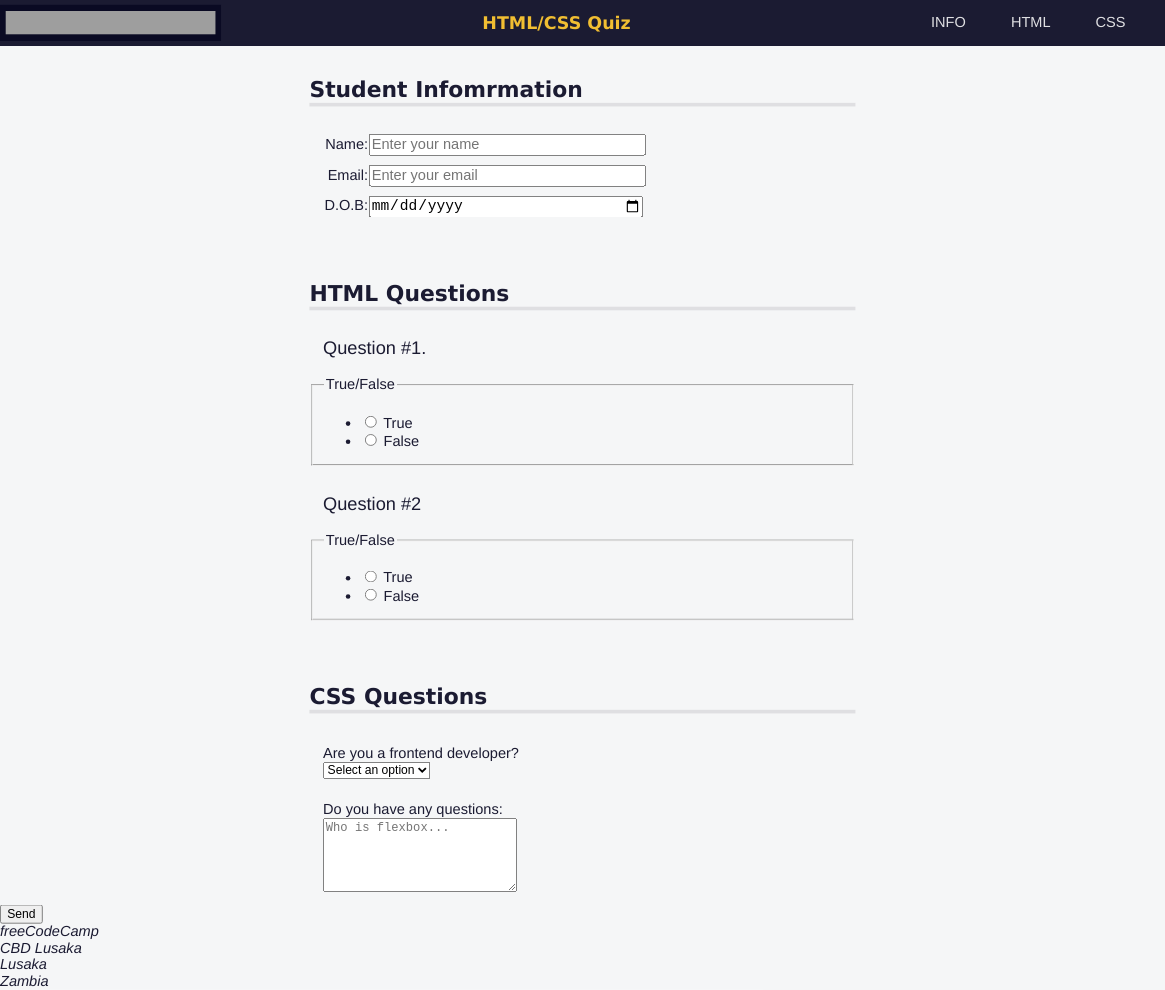
Repository: Lungdjos/accessibility_build_quiz
Page: index.html
The author's editor kept a copy of each file at every save. The page is drawn from the files as they stood at one save, then again after the next save.
The browser window is 1280 px wide. The pictures show the whole page, at 91% of full size.
Pictures or frames that could not be fetched are drawn as grey boxes.

Above is the page before, as saved 2023-10-30 09:37:51.

### index.html
<!DOCTYPE html>
<html lang="en">

<head>
    <meta charset="UTF-8">
    <meta name="viewport" content="width=device-width, initial-scale=1.0">
    <meta name="description" content="Accessibility">
    <title>HTML/CSS Test Quiz</title>
    <link rel="stylesheet" href="styles.css">
</head>

<body>
    <header>
        <img src="https://cdn.freecodecamp.org/platform/universal/fcc_primary.svg" alt="" id="logo">
        <h1>HTML/CSS Quiz</h1>
        <nav>
            <ul>
                <li>
                    <a href="#student-info">info</a></li>
                <li>
                    <a href="#html-questions">html</a></li>
                <li>
                    <a href="#css-questions">css</a></li>
            </ul>
        </nav>
    </header>
    <main>
        <form action="https://freecodecamp.org/practice-project/accessibility-quiz" method="post">
            <section role="region" aria-labelledby="student-info">
                <h2 id="student-info">Student Infomrmation</h2>
                <div class="info">
                    <label for="student-name">
                        Name:
                    </label><input type="text" name="name" id="student-name" placeholder="Enter your name">
                </div>
                <div class="info">
                    <label for="student-email">
                        Email:
                    </label><input type="email" name="email" id="student-email" placeholder="Enter your email">
                </div>
                <div class="info">
                    <label for="birth-date">
                        D.O.B:<span class="sr-only">(Date of Birth)</span>
                    </label><input type="date" name="dob" id="birth-date">
                </div>
            </section>

            <section role="region" aria-labelledby="html-questions">
                <h2 id="html-questions">HTML Questions</h2>
                <div class="question-block">
                    <p>1.</p>
                    <fieldset name="first-question" class="question">
                        <legend>True/False</legend>
                        <ul class="answers-list">
                            <li>
                                <label for="q1-a1">
                                    <input type="radio" value="true" name="q1-answ" id="q1-a1"> True
                                </label>
                            </li>
                            <li>
                                <label for="q1-a2">
                                    <input type="radio" value="false" name="q1-answ" id="q1-a2"> False
                                </label>
                            </li>
                        </ul>
                    </fieldset>
                </div>
                <div class="question-block">
                    <p>2</p>
                    <fieldset name="second-question" class="question">
                        <legend>True/False</legend>
                        <ul class="answers-list">
                            <li>
                                <label for="q2-a1">
                                    <input type="radio" value="true" name="q2-answ" id="q2-a1"> True
                                </label>
                            </li>
                            <li>
                                <label for="q2-a2">
                                    <input type="radio" value="false" name="q2-answ" id="q2-a2"> False
                                </label>
                            </li>
                        </ul>
                    </fieldset>
                </div>
            </section>

            <section role="region" aria-labelledby="css-questions">
                <h2 id="css-questions">CSS Questions</h2>
                <div class="formrow">
                    <div class="question-block">
                        <label for="customer">Are you a frontend developer?</label>
                    </div>
                    <div class="answer">
                        <select name="customer" id="customer" required>
                            <option value="">Select an option</option>
                            <option value="yes">Yes</option>
                            <option value="no">No</option>
                        </select>
                    </div>

                    <div class="question-block">
                        <label for="css-questions">Do you have any questions:</label>
                    </div>
                    <div class="answer">
                        <textarea name="css-questions" id="css-questions" rows="5" cols="24" placeholder="Who is flexbox..."></textarea>
                    </div>
                </div>
            </section>
            <button type="submit">Send</button>
        </form>
    </main>
    <footer>
        <address>
            freeCodeCamp<br/>
            CBD Lusaka<br/>
            Lusaka<br/>
            Zambia
        </address>
    </footer>
</body>

</html>

### styles.css
/*Content design */

body {
    background: #f5f6f7;
    color: #1b1b32;
    font-family: Helvetica;
    margin: 0;
}

h1 {
    color: #f1be32;
    font-size: min(5vw, 1.2em);
    text-align: center;
}

main {
    padding-top: 25px;
}

h1,
h2 {
    font-family: Verdana, Tahoma;
}

h2 {
    border-bottom: 4px solid #dfdfe2;
    margin-top: 0;
    padding-top: 60px;
}

.sr-only {
    position: absolute;
    width: 1px;
    height: 1px;
    padding: 0;
    margin: -1px;
    overflow: hidden;
    clip: rect(0, 0, 0, 0);
    white-space: nowrap;
    border: 0;
}

p::before {
    content: "Question #";
}

p {
    margin-top: 5px;
    padding-left: 15px;
    font-size: 20px;
}


/* Nav bar design */

header {
    width: 100%;
    height: 50px;
    background-color: #1b1b32;
    display: flex;
    justify-content: space-between;
    align-items: center;
    position: fixed;
    top: 0;
}

#logo {
    width: max(100px, 18vw);
    background-color: #0a0a23;
    aspect-ratio: 35 / 4;
    padding: 0.4rem;
}

nav {
    width: 50%;
    max-width: 300px;
    height: 50px;
}

nav>ul {
    display: flex;
    justify-content: space-evenly;
    text-transform: uppercase;
    align-items: center;
    padding-inline-start: 0;
    margin-block: 0;
    height: 100%;
    flex-wrap: wrap;
}

nav li {
    color: #dfdfe2;
    margin: 0 0.2rem;
    padding: 0.2rem;
    display: block;
}

li>a {
    color: inherit;
}

nav li>a {
    text-decoration: none;
}

nav li>a:hover {
    text-decoration: none;
    background-color: #dfdfe2;
    color: #1b1b32;
    cursor: pointer;
}


/* Form design */

section {
    width: 80%;
    max-width: 600px;
    margin: 0 auto 10px auto;
}

.question {
    /* border-radius: 5px; */
    padding-bottom: 0;
}

.info {
    padding: 10px 0 0 5px;
}

.info input {
    width: 50%;
    text-align: left;
}

.info label {
    width: 10%;
    min-width: 55px;
}

.info input,
.info label {
    display: inline-block;
}

label {
    text-align: right;
}

.formrow {
    margin-top: 30px;
    padding: 0px 15px;
}

input {
    font-size: 16px;
}

.question-block {
    text-align: left;
    display: block;
    width: 100%;
    margin-top: 20px;
    padding-top: 5px;
}


/* Footer design */

After the next save:
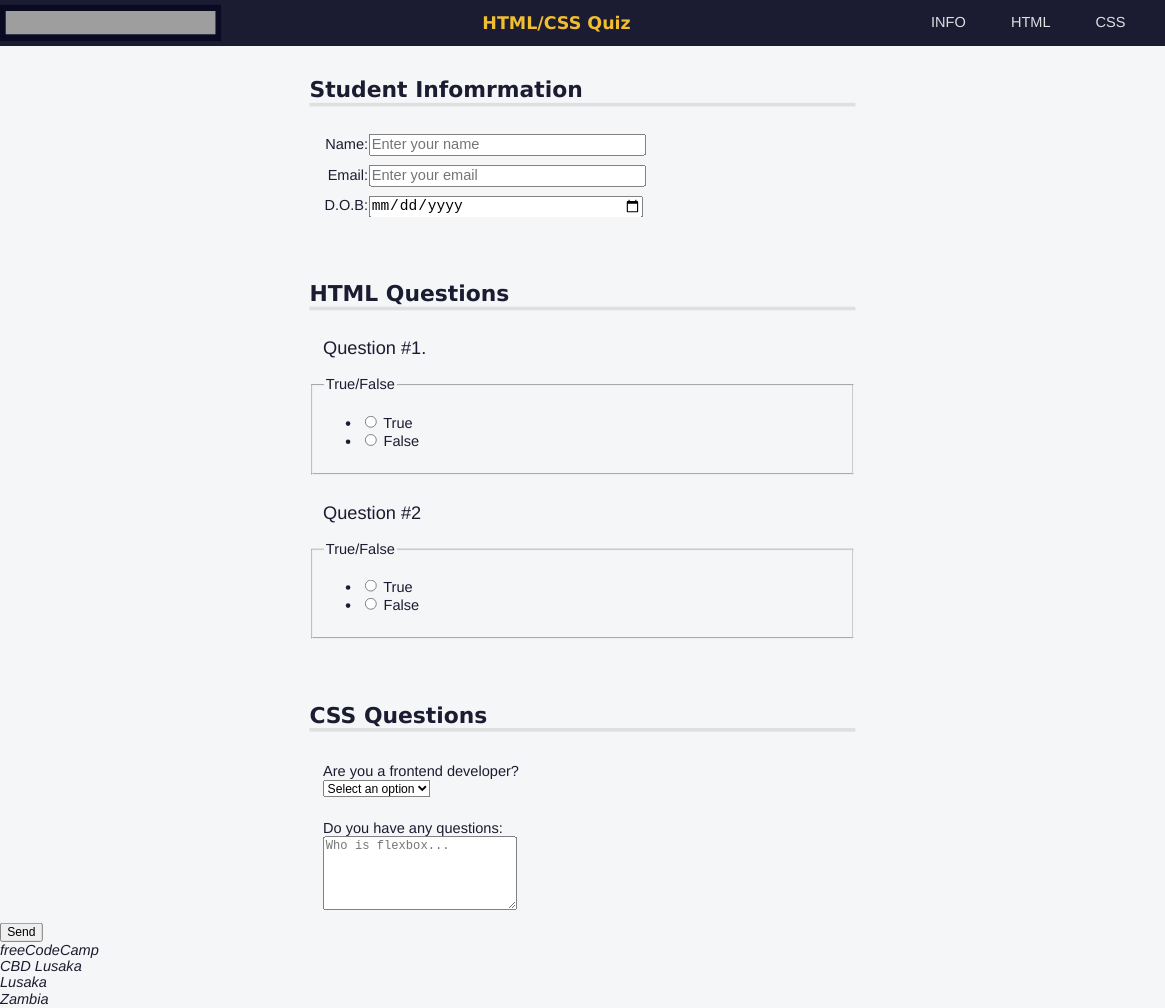
Saved 9 s later.
--- a/styles.css
+++ b/styles.css
@@ -121,7 +121,7 @@ section {
 
 .question {
     /* border-radius: 5px; */
-    padding-bottom: 0;
+    border padding-bottom: 0;
 }
 
 .info {
